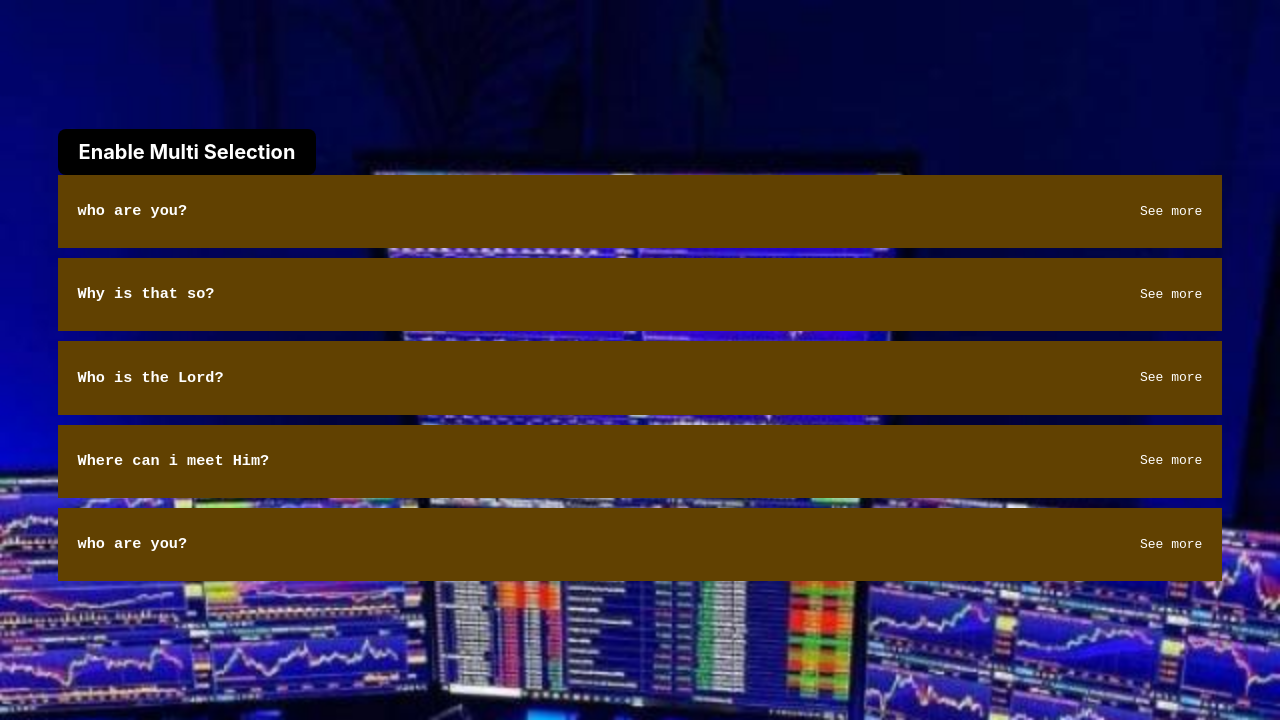
Repository: profbkmurage/reactprojectsBK
Page: /
An editor plug-in stored every save of this project. The page is shown before and after the next save, followed by the edit.
The browser window is 1280 px wide. The pictures show the whole page.
The project was rebuilt for these pictures with package versions that can differ from the ones it lists, and the page was loaded fresh each time. Also part of the build but not shown: vite.config.js.

Above is the page before, as saved 2025-02-23 10:14:46.

After the next save:
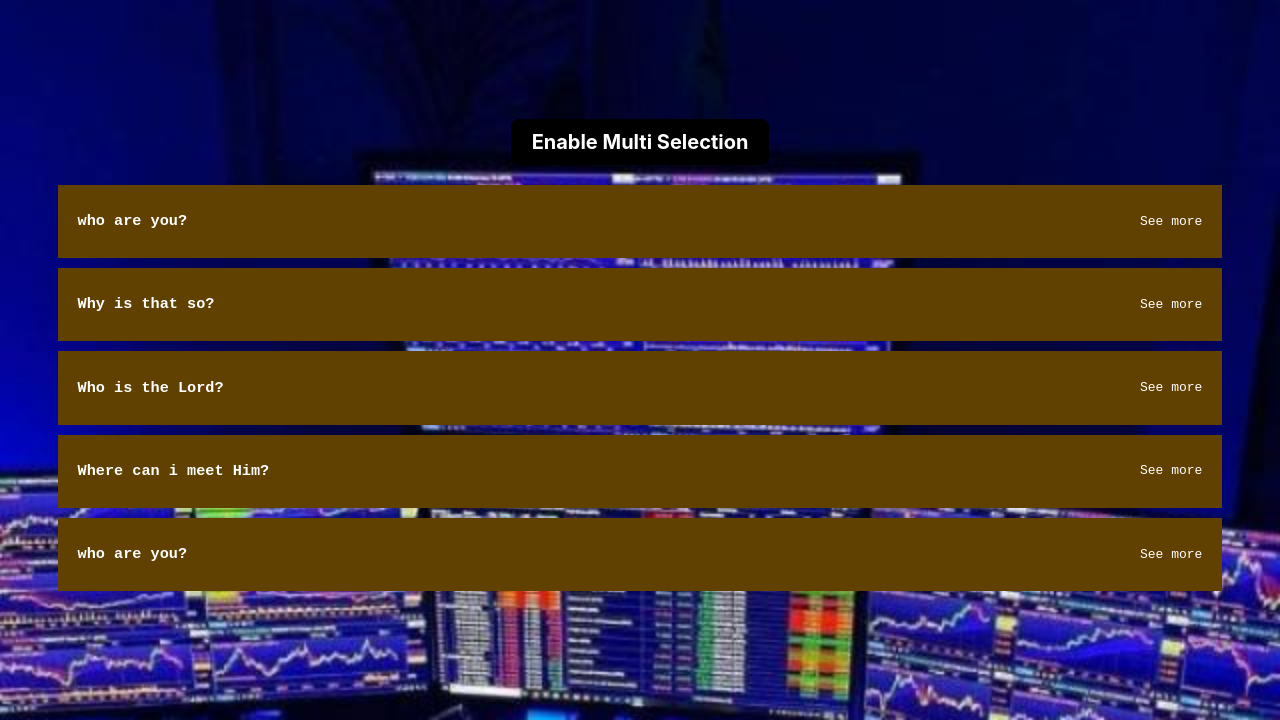
Saved 12 s later.
--- a/src/components/accordian/style.css
+++ b/src/components/accordian/style.css
@@ -8,7 +8,6 @@ body {
     justify-content: center;
 }
 
-\src\assets\coding.jpg
 .wrapper {
     display: flex;
     height: 100vh;
